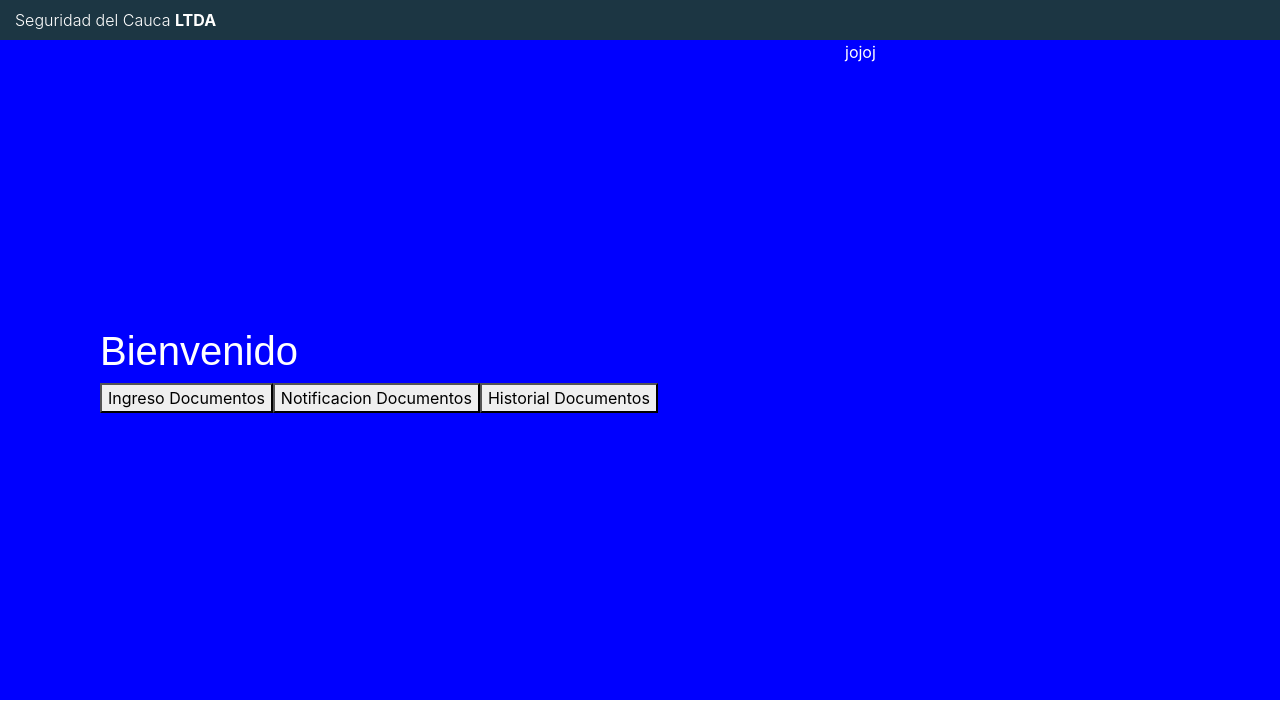
Repository: CristianPalta1/pages_react
Page: /Dashboard
An editor plug-in stored every save of this project. The page is shown before and after a run of saves, followed by the edit.
The browser window is 1280 px wide. The pictures show the whole page.
The project was rebuilt for these pictures with package versions that can differ from the ones it lists, and the page was loaded fresh each time. Also part of the build but not shown: src/components/Forms.jsx, src/pages/Inicio.jsx, src/pages/IngresoDoc.jsx, src/pages/NotifiDoc.jsx, src/components/Registros.jsx, src/components/styles/BadgesList.css, src/components/BadgeList.jsx, src/components/styles/Badges.css and 3 more.

Above is the page before, as saved 2019-08-25 14:19:35.

After the next 2 saves:
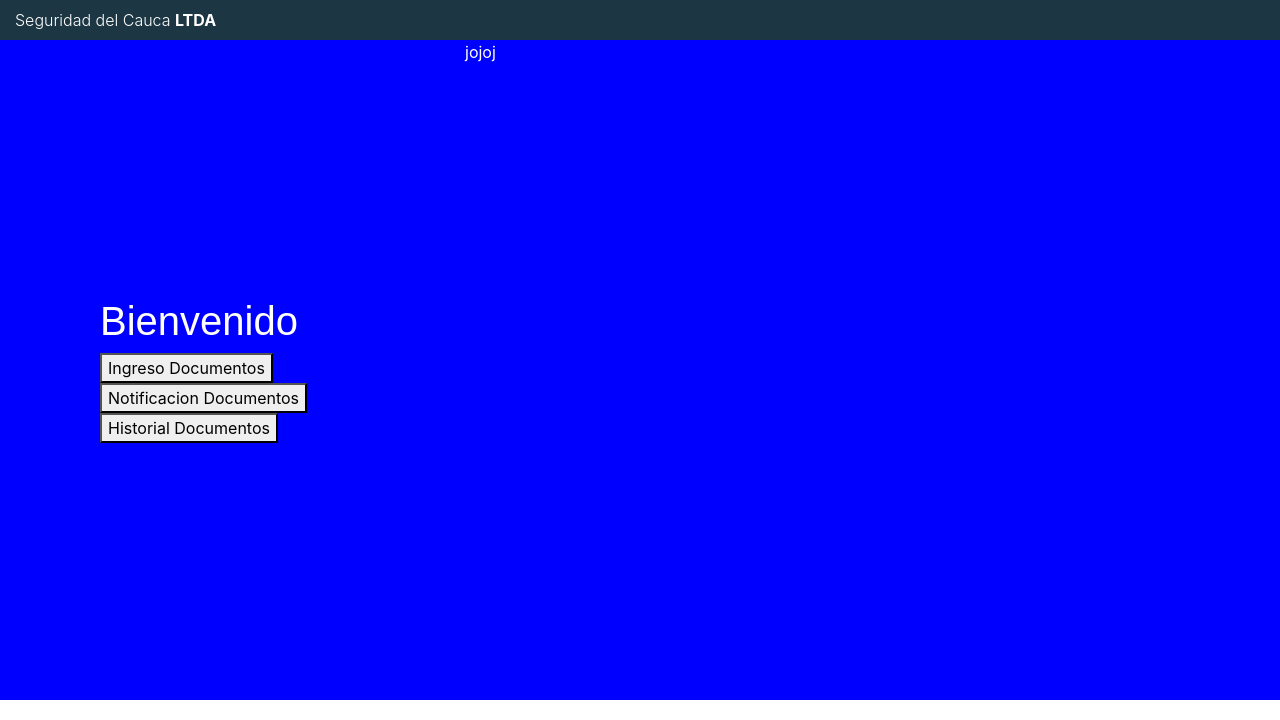
The 2 saves are shown as one change because they came seconds apart.
The last was saved 18 s later.
--- a/src/pages/Dashboard.jsx
+++ b/src/pages/Dashboard.jsx
@@ -29,10 +29,10 @@ class Dashboard extends Component {
           <div className="Home">
         <div className="container">
           <div className="row">
-            <div className="col-8">
+            <div className="col-4">
               <Container/>
             </div>
-            <div className="col-4">
+            <div className="col-8">
               jojoj
             </div>
           </div>
